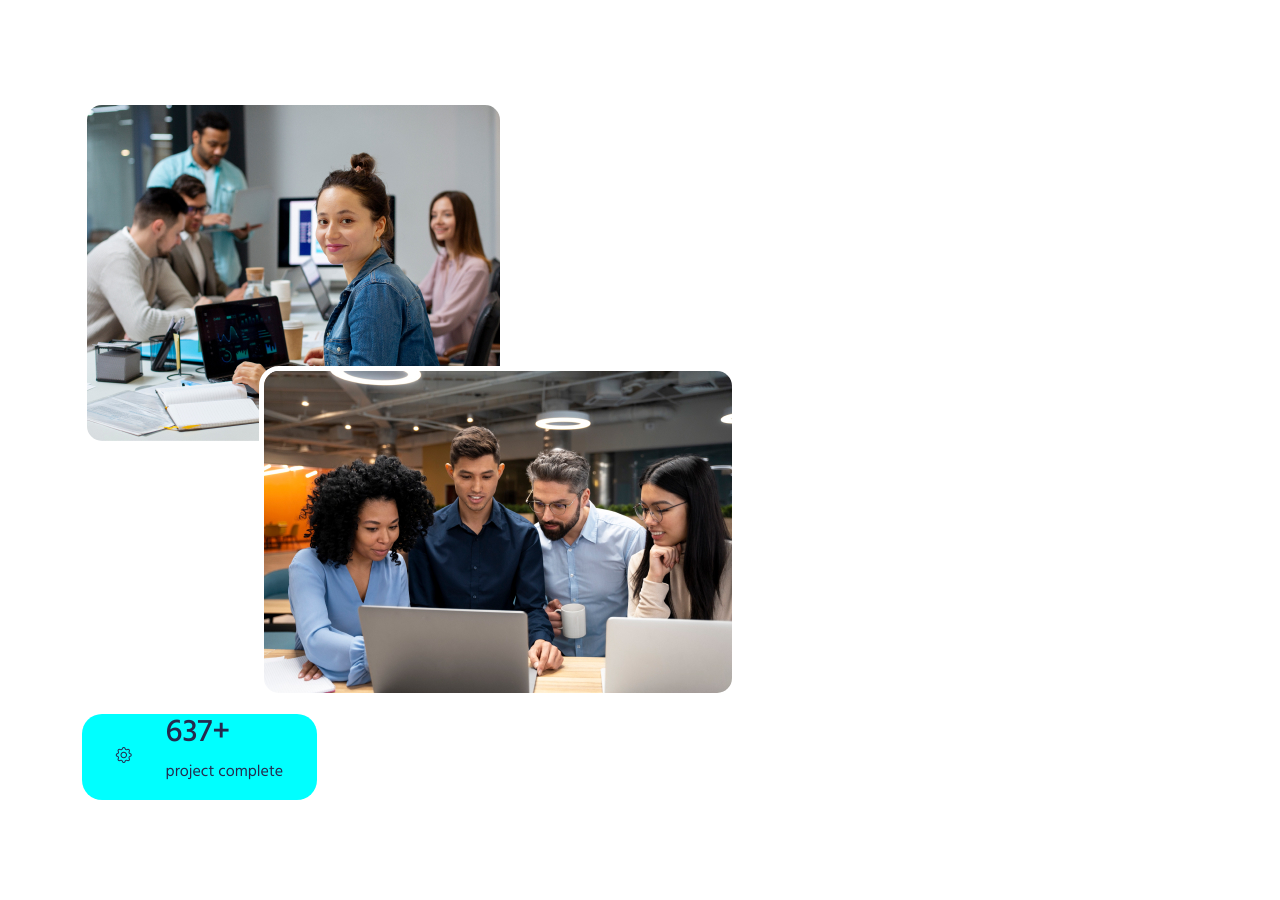
Repository: tagnam/mirehel2.0
Page: about.html
These files come from the project's save history. The page is drawn as it stood at one moment and after a run of saves; the edit follows.
The browser window is 1280 px wide. The pictures show the whole page.

Above is the page before, as saved 2025-02-03 12:04:08.

### about.html
<!DOCTYPE html>
<html lang="en">
<head>
    <meta charset="UTF-8">
    <meta name="viewport" content="width=device-width, initial-scale=1.0">
    <title>about</title>
    <link href="https://cdn.jsdelivr.net/npm/bootstrap@5.0.2/dist/css/bootstrap.min.css" rel="stylesheet" integrity="sha384-EVSTQN3/azprG1Anm3QDgpJLIm9Nao0Yz1ztcQTwFspd3yD65VohhpuuCOmLASjC" crossorigin="anonymous">
    <link rel="stylesheet" href="style/css/animation.css">
    <link rel="stylesheet" href="style/css/style.css">
    <link rel="stylesheet" href="style/css/animation.css">
</head>
<body>
<!--======================================== about section ==================================== -->


<section>
    <div class="container">
        <div class="row">
            <div class="col-lg-6">
                <div class="about-left">
                    <figure class="about-img-container">
                        <img class="about-img-001 A-image01" src="images/about-img-1.jpg" alt="">
                        <img class="about-img-001 A-image02" src="images/about-img-2.jpg" alt="">
                    </figure>
                    <div class="project-counter">
                        <div class="project-icon">
                            <i class="bi bi-gear"></i>
                        </div>
                        <div class="project-number">
                            <h2>637+</h2>
                            <p> project complete </p>
                        </div>

                    </div>

                </div>
            </div>
            <div class="col-lg-6"></div>
        </div>
    </div>
</section>

<!--======================================== end about section ==================================== -->












    <script src="https://cdn.jsdelivr.net/npm/bootstrap@5.0.2/dist/js/bootstrap.bundle.min.js" integrity="sha384-MrcW6ZMFYlzcLA8Nl+NtUVF0sA7MsXsP1UyJoMp4YLEuNSfAP+JcXn/tWtIaxVXM" crossorigin="anonymous"></script>
    <script src="https://cdn.jsdelivr.net/npm/@popperjs/core@2.9.2/dist/umd/popper.min.js" integrity="sha384-IQsoLXl5PILFhosVNubq5LC7Qb9DXgDA9i+tQ8Zj3iwWAwPtgFTxbJ8NT4GN1R8p" crossorigin="anonymous"></script>
    <script src="https://cdn.jsdelivr.net/npm/bootstrap@5.0.2/dist/js/bootstrap.min.js" integrity="sha384-cVKIPhGWiC2Al4u+LWgxfKTRIcfu0JTxR+EQDz/bgldoEyl4H0zUF0QKbrJ0EcQF" crossorigin="anonymous"></script>
</body>
</html>

### style/css/style.css

@import url('https://fonts.googleapis.com/css2?family=Hind:wght@300;400;500;600;700&family=Inter:ital,opsz,wght@0,14..32,100..900;1,14..32,100..900&family=Open+Sans:ital,wght@0,300..800;1,300..800&family=Oswald:wght@200..700&family=Poppins:ital,wght@0,100;0,200;0,300;0,400;0,500;0,600;0,700;0,800;0,900;1,100;1,200;1,300;1,400;1,500;1,600;1,700;1,800;1,900&family=Raleway:ital,wght@0,100..900;1,100..900&family=Roboto:ital,wght@0,100;0,300;0,400;0,500;0,700;0,900;1,100;1,300;1,400;1,500;1,700;1,900&family=Urbanist:ital,wght@0,100..900;1,100..900&display=swap');
@import url("https://cdn.jsdelivr.net/npm/bootstrap-icons@1.11.3/font/bootstrap-icons.min.css");
*{
    margin: 0;
    padding: 0;
    box-sizing: border-box;
}

:root{
    --primary-color: #252A4E;
    --secondary-color: #a249ed;

}

body{
    font-family: "Hind", serif;

    color:#252A4E;
}

section{
    padding: 100px 0;
}

.row-container{
    margin-top: 50px;
}
.banner-section{
    background-image: url(/images/banner-bg.webp);
    background-size: cover;
    background-position: center;
    /* background-attachment: fixed; */
    /* height: 100vh; */
    position: relative;
    margin: 15px;
    padding: 8px;
}
.section-btn{
    height: 100%;
    display: flex
;
    justify-content: flex-end;
    align-items: flex-end;
}

.title{
    font-size: 55px;
    font-weight: 800;
    line-height: 1;
}

.banner-img{
    position: relative;
    bottom: -89px;
}
.banner-content{
    margin-top: 100px;
    padding-right: 100px;
}

.banner-title{
    font-size: 70px;
    font-weight: 800;
    line-height: 1;
}

.banner-text{
    font-size: 20px;
    font-weight: 400;
    line-height: 1.5;
    margin-top: 20px;
    color:#515670;
}

.banner-title span{
    color: var(--secondary-color);
}
.sub-heading{
    position: relative;
    display: inline-block;
    font-size: 16px;
    letter-spacing: 0.32px;
    line-height: 26px;
    font-weight: 400;
    font-family: var(--galada);
    text-transform: uppercase;
    background: linear-gradient(90deg, #FFA835 -3.85%, #FA3DCC 97.3%, #FA3AD0 100%);
    background-clip: text;
    -webkit-background-clip: text;
    -webkit-text-fill-color: transparent;

    margin-bottom: 12px;
}




.banner-icon{
    width: 100%;
    background: linear-gradient(90deg, #9255CE -2.17%, #BE60FF 100%);
    box-shadow: 0px 0px 20px 0px rgba(0, 0, 0, 0.08);
    border-radius: 30px 45px 30px 30px;
    position: relative;
    padding: 20px;
    top: 28px;
    right: -13px;
}

.banner-icon h2{
    font-size: 45px;
    font-weight: 800;
    /* line-height: 1.5; */
    color: #fff;
    /* margin-bottom: 20px; */
    text-align: start;
    margin: unset;
    line-height: 38px;
    padding: 10px;
}

.banner-icon h4{
    font-size: 27px;
    font-weight: 600;
    line-height: 1.5;
    color: #fff;
    /* margin-top: 20px; */
    text-align: start;
    text-transform: uppercase;
}


.marquee-content{
    background: linear-gradient(90deg, #70DBFF 0%, #DD98FF 100%);
    border-radius: 0 0 35px 30px;
    overflow: hidden;
    padding: 23px 45px;
    width: 100%;
    position: absolute;
    left: 9px;
    bottom: -12px;
    display: flex;
    justify-content: space-between;
    align-items: center;
}


/* <!--===================================== about section end ========================================--> */
.about-right-container{
    padding-left: 50px;
}
.about-text p{
    font-size: 18px;
    line-height: 1.5;
    color: #515670;
    margin-top: 20px;
}

.about-img{
    position: relative;
    transform: translate(30px, 30px);
    width: 100%;
}

.about-figure{
    position: relative;
  background-color: aqua;
  padding: 20px;
}


.about-list{

    list-style: none;
    padding: unset;
}

.about-list li{
    display: flex;
    align-items: center;
    margin-bottom: 20px;
    justify-content: space-between;
}

.about-icon{

    display: flex;
    justify-content: center;
    align-items: center;
    background-color:var(--secondary-color);
    width: 78px;
    height: 84px;
    background: linear-gradient(90deg, #5A1CCB -2.17%, #815EDC 100%);
    border-radius: 50px 6px 6px 6px;
}

.about-icon .bi{
    font-size: 45px;
    color: #fff;
    display: flex;
    justify-content: center;
    align-items: center;
}


.about-list-title{
    font-size: 27px;
    line-height: 1.16;
    margin-bottom: 4px;
    font-weight: 600;
}

.about-list-text p{
    font-size: 16px;
    line-height: 1.5;
    color: #515670;
    margin: unset;
}
/* <!--===================================== about section end ========================================--> */




/* <!--===================================== service section start ========================================--> */

.service-index {
    width: 100%;
    display: flex;
    justify-content: center;
    align-items: center;
}

.service-index h2{
    position: relative;
    display: inline-block;

    letter-spacing: 0.32px;
margin: unset;
    font-weight: 600;
    font-family: var(--galada);
    text-transform: uppercase;
    background: linear-gradient(90deg, #FFA835 -3.85%, #FA3DCC 97.3%, #FA3AD0 100%);
    background-clip: text;
    -webkit-background-clip: text;
    -webkit-text-fill-color: transparent;

}

.service-title h3{
    font-size: 40px;
    font-weight: 800;
    line-height: 1;
    color: #252A4E;
    margin-bottom: 20px;
}

.service-row{
    border-bottom: 2px solid red;
    margin-bottom: 30px;
}

.service-icon{
    display: flex;
    justify-content: center;
}

.service-icon .bi{
    font-size: 45px;
    color:red;
    display: flex;
    justify-content: center;
    align-items: center;
}
/* <!--===================================== service section end ========================================--> */




/* <!--===================================== project section start========================================--> */




/* <!--===================================== project section start========================================--> */





/* <!--===================================== testimonial section start========================================--> */


.testimonial-card{
    background: linear-gradient(90deg, #70DBFF 0%, #DD98FF 100%);
    padding: 0px 20px;
    border-radius: 20px;
}


.testimonial-img{
    height: 58px;
    width: 58px;
    background: red;
    border-radius: 64%;
    border: 2px solid;
}

.testimonial-top{
    padding-bottom: 20px;
    border-bottom: 1px solid #fff;

}


.testimonial-bottom h2{
    font-size: 65px;
    font-weight: 600;
    line-height: 1.5;
    color: #fff;
    margin-top: 20px;
    text-align: start;
    text-transform: uppercase;
}

.testimonial-bottom p{
    font-size: 20px;
    line-height: 1.5;
    color: #fff;
    margin: unset;
}

  .testimonial .testimonial-content {
    margin: 10px 10px 0;
    /* background: #efefef; */
    padding: 0px 60px;
    position: relative;
    border: none;
    border-radius: 8px;
    font-style: italic;
    font-size: 25px;
    border: 2px solid;
    border-radius: 20px;
  }

  .testimonial .testimonial-content:before,
  .testimonial .testimonial-content:after {
    content: "\201C";
    position: absolute;
    font-size: 80px;
    line-height: 1;
    color: #757f9a;
    font-style: normal;
  }

  .testimonial .testimonial-content:before {
    top: 0;
    left: 10px;
  }

  .testimonial .testimonial-content:after {
    content: "\201D";
    right: 10px;
    bottom: -0.5em;
  }

.testimonial-start{
    display: flex    ;
        justify-content: left;
        align-items: center;
        margin: 20px 0px;
}

.testimonial-start .bi{
    margin: 0px 5px;
    font-size: 20px;
}
/* <!--===================================== testimonial section start========================================--> */

/* <!--===================================== project section start========================================--> */
.project-img{
    height: 550px;
}

.project-card .project-img {
    transition: 1ms ease-in-out;
}

.project-card:hover .project-img{
    transform: scaleX(1) scaleY(1) scaleZ(0.1) rotateX(15deg) rotateY(0deg) rotateZ(0deg) translateX(0px) translateY(0px) translateZ(0px) skewX(0deg) skewY(0deg);
}

.project-content{
    margin-top: -100px;
    z-index: 1;
}
/* <!--===================================== project section end========================================--> */



/* <!--===================================== choice section start========================================--> */

.choice-container{
    position: relative;
    padding: 10px;
    background-color: transparent;
height: 400px;
border: 15px solid transparent;
  /* border-image:linear-gradient(180deg, red 0%, #00000000 90.04%); */
  /* border-image:linear-gradient(180deg, #00000000  0%, red 90.04%); */
  border-image-slice: 1;
border-radius: 20px;
background: linear-gradient(white, white) padding-box,
linear-gradient(180deg, red 0%, #00000000 90.04%) border-box;
}

/* <!--===================================== choice section end========================================--> */


















/* ----------------------------new about  */

.about-img-container{
    position: relative;
}
.about-img-001{
    border-radius: 20px;
    border: 5px solid #fff;
}

.A-image01{

}

.A-image02{
    margin-top: -80px;
    margin-left: 177px;
}

.project-counter{
    width: 235px;
    background-color: aqua;
    display: flex;
    justify-content: space-evenly;
    border-radius: 20px;
    align-items: center;
}

.project-icon .bi{

}

Loaded but not shown: style/css/animation.css (no stored copy; drawn as an empty file)

After the next 2 saves:
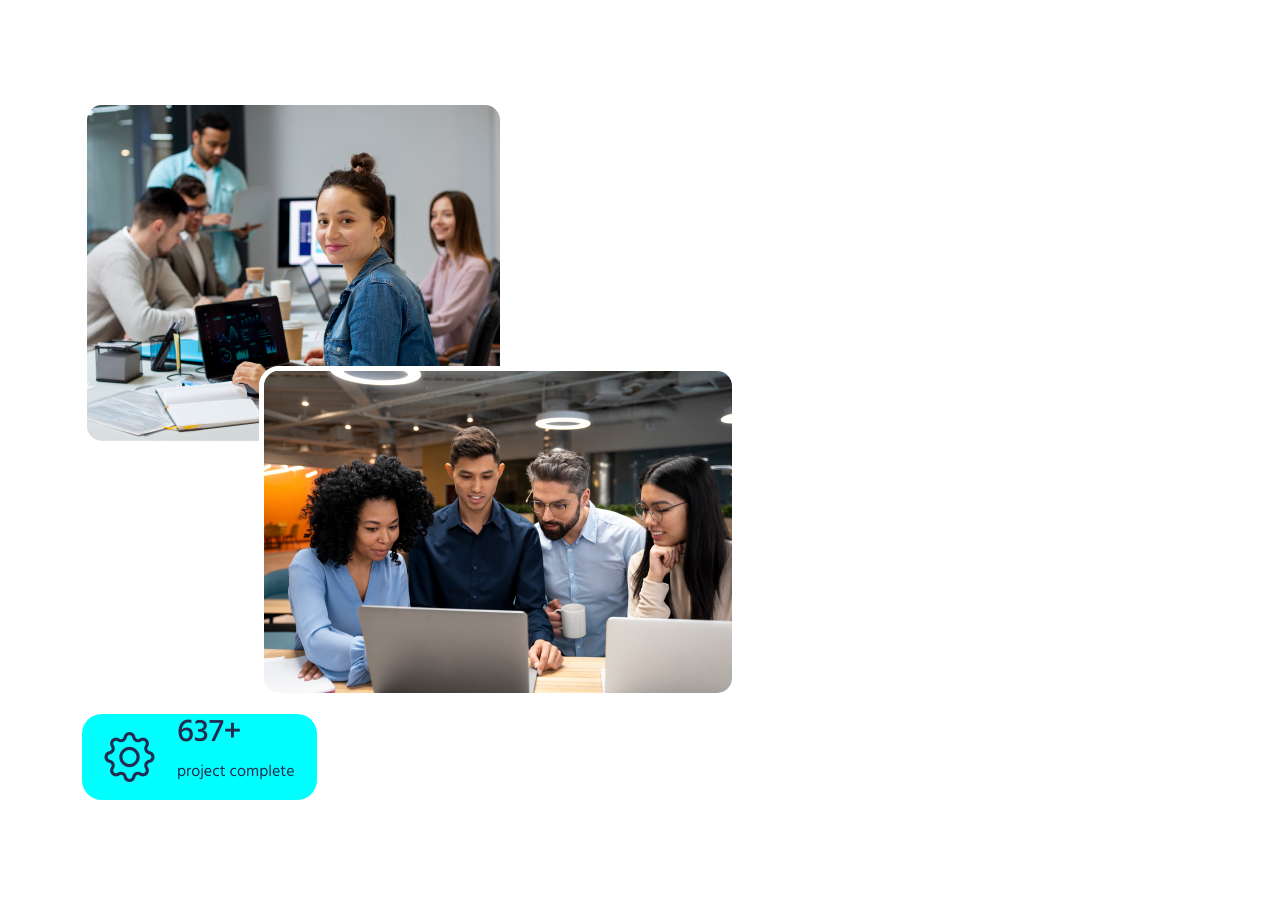
The 2 saves are shown as one change because they came seconds apart.
The last was saved 2 min 37 s later.
--- a/style/css/style.css
+++ b/style/css/style.css
@@ -461,5 +461,6 @@ linear-gradient(180deg, red 0%, #00000000 90.04%) border-box;
 }
 
 .project-icon .bi{
-
-}
+    display: flex;
+    font-size: 50px;
+}
